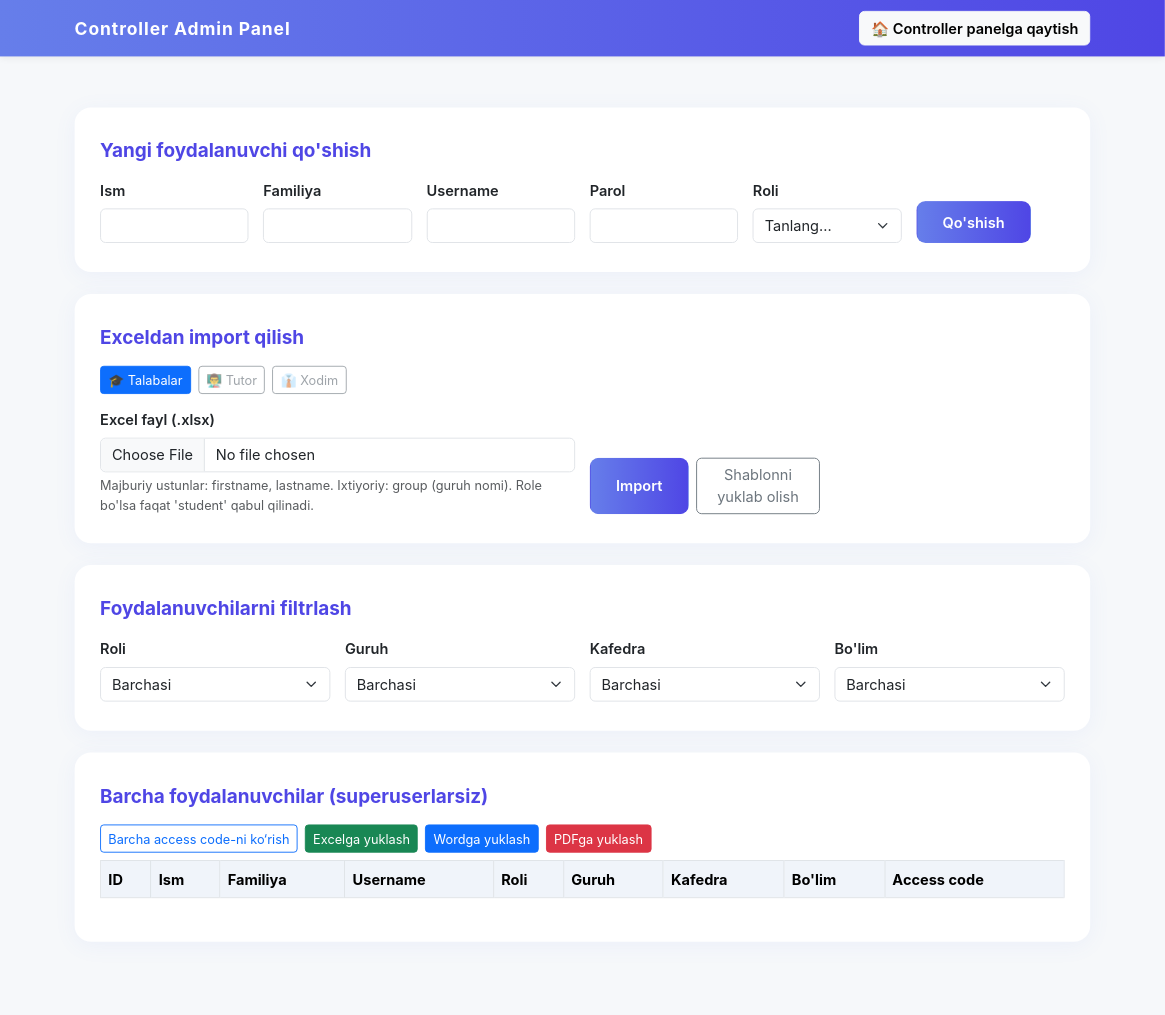
Repository: Shaxobiddin-Github/KatDPI_test
Page: backend/main/templates/controller_panel/add_user.html
These files come from the project's save history. The page is drawn as it stood at one moment and after the next save; the edit follows.
The browser window is 1280 px wide. The pictures show the whole page, at 91% of full size.
The template is drawn by Django 5.2. The application's start-up code is not run. Other server files are loaded and not shown. The template is opened directly, without the code that normally fills it, so the values that code supplies are empty.

Above is the page before, as saved 2025-09-25 15:45:56.

### backend/main/templates/controller_panel/add_user.html
<!DOCTYPE html>
<html lang="uz">
<head>
    <meta charset="UTF-8">
    <title>Foydalanuvchilarni boshqarish</title>
    <meta name="viewport" content="width=device-width, initial-scale=1">
    <link href="https://cdn.jsdelivr.net/npm/bootstrap@5.3.3/dist/css/bootstrap.min.css" rel="stylesheet">
    <style>
        body { background: #f6f8fa; font-family: 'Inter', 'Segoe UI', sans-serif; }
        .user-card { background: #fff; border-radius: 18px; box-shadow: 0 4px 24px rgba(102,126,234,0.07); padding: 32px 28px; margin-bottom: 32px; }
        .user-table th, .user-table td { vertical-align: middle; }
        .user-table th { background: #f0f4fa; }
        .user-table tr:nth-child(even) { background: #f9fafb; }
        .form-label { font-weight: 600; }
        .form-section-title { font-size: 1.3rem; font-weight: 700; color: #4f46e5; margin-bottom: 18px; }
        .btn-add { background: linear-gradient(90deg,#667eea,#4f46e5); color: #fff; font-weight: 600; border-radius: 10px; padding: 10px 28px; }
        .btn-add:hover { background: linear-gradient(90deg,#4f46e5,#667eea); }
    </style>
</head>
<body>
<nav style="position:fixed;top:0;left:0;width:100%;z-index:1000;background:linear-gradient(90deg,#667eea,#4f46e5);box-shadow:0 2px 8px rgba(0,0,0,0.07);padding:12px 0;">
    <div class="container d-flex justify-content-between align-items-center">
        <span style="color:#fff;font-weight:700;font-size:1.2rem;letter-spacing:1px;">Controller Admin Panel</span>
        <a href="/api/controller-panel/dashboard/" class="btn btn-light" style="font-weight:600;">🏠 Controller panelga qaytish</a>
    </div>
</nav>
<div class="container py-5" style="margin-top:70px;">

    <div class="user-card mb-4">
        <div class="form-section-title mb-3">Yangi foydalanuvchi qo'shish</div>
        <form method="post" autocomplete="off">
            {% csrf_token %}
            <div class="row g-3 align-items-end">
                <div class="col-md-2">
                    <label for="first_name" class="form-label">Ism</label>
                    <input type="text" class="form-control" id="first_name" name="first_name" required>
                </div>
                <div class="col-md-2">
                    <label for="last_name" class="form-label">Familiya</label>
                    <input type="text" class="form-control" id="last_name" name="last_name" required>
                </div>
                <div class="col-md-2">
                    <label for="username" class="form-label">Username</label>
                    <input type="text" class="form-control" id="username" name="username" required>
                </div>
                <div class="col-md-2">
                    <label for="password" class="form-label">Parol</label>
                    <input type="text" class="form-control" id="password" name="password" required>
                </div>
                <div class="col-md-2">
                    <label for="role" class="form-label">Roli</label>
                    <select class="form-select" id="role" name="role" required onchange="showRoleFields()">
                        <option value="">Tanlang...</option>
                        {% for value, label in role_choices %}
                            {% if value != 'admin' %}
                            <option value="{{ value }}">{{ label }}</option>
                            {% endif %}
                        {% endfor %}
                    </select>
                </div>
                <div class="col-md-2" id="groupField" style="display:none;">
                    <label for="group" class="form-label">Guruh</label>
                    <select class="form-select" id="group" name="group">
                        <option value="">Tanlang...</option>
                        {% for group in groups %}
                        <option value="{{ group.id }}">{{ group.name }}</option>
                        {% endfor %}
                    </select>
                </div>
                <div class="col-md-2" id="kafedraField" style="display:none;">
                    <label for="kafedra" class="form-label">Kafedra</label>
                    <select class="form-select" id="kafedra" name="kafedra">
                        <option value="">Tanlang...</option>
                        {% for kafedra in kafedralar %}
                        <option value="{{ kafedra.id }}">{{ kafedra.name }}</option>
                        {% endfor %}
                    </select>
                </div>
                <div class="col-md-2" id="bulimField" style="display:none;">
                    <label for="bulim" class="form-label">Bo'lim</label>
                    <select class="form-select" id="bulim" name="bulim">
                        <option value="">Tanlang...</option>
                        {% for bulim in bulimlar %}
                        <option value="{{ bulim.id }}">{{ bulim.name }}</option>
                        {% endfor %}
                    </select>
                </div>
                <div class="col-md-2">
                    <button type="submit" class="btn btn-add">Qo'shish</button>
                </div>
            </div>
        </form>
    </div>

    <div class="user-card mb-4">
        <div class="form-section-title mb-3">Exceldan import qilish</div>
        <div class="d-flex align-items-center gap-2 mb-3">
            <button type="button" class="btn btn-sm btn-primary">🎓 Talabalar</button>
            <button type="button" class="btn btn-sm btn-outline-secondary" disabled title="Tez orada">👨‍🏫 Tutor</button>
            <button type="button" class="btn btn-sm btn-outline-secondary" disabled title="Tez orada">👔 Xodim</button>
        </div>
        <form method="post" enctype="multipart/form-data" class="mt-2">
            {% csrf_token %}
            <input type="hidden" name="import_type" value="student">
            <div class="row g-3 align-items-end">
                <div class="col-md-6">
                    <label for="excel_file" class="form-label">Excel fayl (.xlsx)</label>
                    <input type="file" class="form-control" id="excel_file" name="excel_file" accept=".xlsx" required>
                    <div class="form-text">Majburiy ustunlar: firstname, lastname. Ixtiyoriy: group (guruh nomi). Role bo'lsa faqat 'student' qabul qilinadi.</div>
                </div>
                <div class="col-md-3 d-flex gap-2">
                    <button type="submit" class="btn btn-add">Import</button>
                    <a href="{% url 'download_student_import_template' %}" class="btn btn-outline-secondary">Shablonni yuklab olish</a>
                </div>
            </div>
        </form>

        {% if import_result %}
        <hr>
        <div class="mt-3">
            <div class="alert alert-info">Yaratilgan: {{ import_result.created|default:0 }} ta. Xatoliklar: {{ import_result.errors|length|default:0 }} ta.</div>
            {% if import_result.rows %}
            <div class="table-responsive">
                <table class="table table-bordered table-hover">
                    <thead>
                        <tr>
                            <th>F.I.Sh</th>
                            <th>Username</th>
                            <th>Parol</th>
                            <th>Access code</th>
                            <th>Guruh</th>
                        </tr>
                    </thead>
                    <tbody>
                        {% for r in import_result.rows %}
                        <tr>
                            <td>{{ r.full_name }}</td>
                            <td>{{ r.username }}</td>
                            <td>{{ r.password }}</td>
                            <td>{{ r.access_code }}</td>
                            <td>{{ r.group }}</td>
                        </tr>
                        {% endfor %}
                    </tbody>
                </table>
            </div>
            {% endif %}
            {% if import_result.errors and import_result.errors|length %}
            <div class="alert alert-warning mt-3">
                <div class="fw-bold mb-2">Xatoliklar ro'yxati:</div>
                <ul class="mb-0">
                    {% for e in import_result.errors %}
                    <li>{{ e }}</li>
                    {% endfor %}
                </ul>
            </div>
            {% endif %}
        </div>
        {% endif %}
    </div>
    <div class="user-card mb-4">
        <div class="form-section-title mb-3">Foydalanuvchilarni filtrlash</div>
        <form method="get" id="filterForm">
            <div class="row g-3 align-items-end">
                <div class="col-md-3">
                    <label for="filter_role" class="form-label">Roli</label>
                    <select class="form-select" id="filter_role" name="filter_role" onchange="this.form.submit()">
                        <option value="">Barchasi</option>
                        {% for value, label in role_choices %}
                            {% if value != 'admin' %}
                            <option value="{{ value }}" {% if request.GET.filter_role == value %}selected{% endif %}>{{ label }}</option>
                            {% endif %}
                        {% endfor %}
                    </select>
                </div>
                <div class="col-md-3">
                    <label for="filter_group" class="form-label">Guruh</label>
                    <select class="form-select" id="filter_group" name="filter_group" onchange="this.form.submit()">
                        <option value="">Barchasi</option>
                        {% for group in groups %}
                        <option value="{{ group.id }}" {% if request.GET.filter_group == group.id|stringformat:'s' %}selected{% endif %}>{{ group.name }}</option>
                        {% endfor %}
                    </select>
                </div>
                <div class="col-md-3">
                    <label for="filter_kafedra" class="form-label">Kafedra</label>
                    <select class="form-select" id="filter_kafedra" name="filter_kafedra" onchange="this.form.submit()">
                        <option value="">Barchasi</option>
                        {% for kafedra in kafedralar %}
                        <option value="{{ kafedra.id }}" {% if request.GET.filter_kafedra == kafedra.id|stringformat:'s' %}selected{% endif %}>{{ kafedra.name }}</option>
                        {% endfor %}
                    </select>
                </div>
                <div class="col-md-3">
                    <label for="filter_bulim" class="form-label">Bo'lim</label>
                    <select class="form-select" id="filter_bulim" name="filter_bulim" onchange="this.form.submit()">
                        <option value="">Barchasi</option>
                        {% for bulim in bulimlar %}
                        <option value="{{ bulim.id }}" {% if request.GET.filter_bulim == bulim.id|stringformat:'s' %}selected{% endif %}>{{ bulim.name }}</option>
                        {% endfor %}
                    </select>
                </div>
            </div>
        </form>
    </div>
    <div class="user-card">
        <div class="form-section-title mb-3">Barcha foydalanuvchilar (superuserlarsiz)</div>
        <div class="d-flex align-items-center mb-2 gap-2">
            <button type="button" class="btn btn-outline-primary btn-sm" id="showAllAccessBtn">Barcha access code-ni ko‘rish</button>
            <a href="{% url 'export_users_excel' %}?filter_role={{ request.GET.filter_role }}&filter_group={{ request.GET.filter_group }}&filter_kafedra={{ request.GET.filter_kafedra }}&filter_bulim={{ request.GET.filter_bulim }}" class="btn btn-success btn-sm">Excelga yuklash</a>
            <a href="{% url 'export_users_word' %}?filter_role={{ request.GET.filter_role }}&filter_group={{ request.GET.filter_group }}&filter_kafedra={{ request.GET.filter_kafedra }}&filter_bulim={{ request.GET.filter_bulim }}" class="btn btn-primary btn-sm">Wordga yuklash</a>
            <a href="{% url 'export_users_pdf' %}?filter_role={{ request.GET.filter_role }}&filter_group={{ request.GET.filter_group }}&filter_kafedra={{ request.GET.filter_kafedra }}&filter_bulim={{ request.GET.filter_bulim }}" class="btn btn-danger btn-sm">PDFga yuklash</a>
        </div>
        <div class="table-responsive">
            <table class="table user-table table-bordered table-hover">
                <thead>
                        <tr>
                            <th>ID</th>
                            <th>Ism</th>
                            <th>Familiya</th>
                            <th>Username</th>
                            <th>Roli</th>
                            <th>Guruh</th>
                            <th>Kafedra</th>
                            <th>Bo'lim</th>
                            <th>Access code</th>
                        </tr>
                </thead>
                <tbody>
                    {% for user in users %}
                    <tr>
                        <td>{{ user.id }}</td>
                        <td>{{ user.first_name }}</td>
                        <td>{{ user.last_name }}</td>
                        <td>{{ user.username }}</td>
                        <td>{{ user.get_role_display }}</td>
                        <td>{% if user.group %}{{ user.group.name }}{% endif %}</td>
                        <td>{% if user.kafedra %}{{ user.kafedra.name }}{% endif %}</td>
                        <td>{% if user.bulim %}{{ user.bulim.name }}{% endif %}</td>
                        <td>
                            <button type="button" class="btn btn-sm btn-outline-secondary show-access-btn" data-access="{{ user.access_code }}">Access code-ni ko‘rish</button>
                            <span class="access-code-value d-none ms-2">{{ user.access_code }}</span>
                        </td>
                    </tr>
                    {% endfor %}
                </tbody>
            </table>
        </div>
    </div>
</div>
<script>
// Barcha access code-ni ko‘rish uchun parol so‘rash va har bir user uchun alohida ko‘rish
document.addEventListener('DOMContentLoaded', function() {
    var showAllBtn = document.getElementById('showAllAccessBtn');
    if (showAllBtn) {
        showAllBtn.addEventListener('click', function() {
            var parol = prompt("Barcha access code-ni ko‘rish uchun parolni kiriting:");
            if (parol === '96970204') {
                document.querySelectorAll('.access-code-value').forEach(function(el) {
                    el.classList.remove('d-none');
                });
                showAllBtn.classList.remove('btn-outline-primary');
                showAllBtn.classList.add('btn-success');
                showAllBtn.textContent = 'Access code-lar ko‘rinmoqda';
            } else if (parol !== null) {
                alert('Parol noto‘g‘ri!');
            }
        });
    }

    // Export tugmalar uchun parol logikasi
    function exportWithPassword(selector, failMsg) {
        document.querySelectorAll(selector).forEach(function(btn) {
            btn.addEventListener('click', function(e) {
                var parol = prompt("Yuklab olish uchun parolni kiriting:");
                if (parol !== '96970204') {
                    e.preventDefault();
                    if (parol !== null) alert(failMsg);
                }
            });
        });
    }
    exportWithPassword('a.btn-success', 'Excel yuklash uchun parol noto‘g‘ri!');
    exportWithPassword('a.btn-primary', 'Word yuklash uchun parol noto‘g‘ri!');
    exportWithPassword('a.btn-danger', 'PDF yuklash uchun parol noto‘g‘ri!');
    document.querySelectorAll('.show-access-btn').forEach(function(btn) {
        btn.addEventListener('click', function() {
            var parol = prompt("Access code-ni ko‘rish uchun parolni kiriting:");
            if (parol === '96970204') {
                btn.nextElementSibling.classList.remove('d-none');
                btn.remove();
            } else if (parol !== null) {
                alert('Parol noto‘g‘ri!');
            }
        });
    });
    // Sahifa yuklanganda ham role maydoniga qarab mos fieldlarni ko‘rsatish
    showRoleFields();
});
function showRoleFields() {
    var role = document.getElementById('role').value;
    document.getElementById('groupField').style.display = (role === 'student') ? '' : 'none';
    document.getElementById('kafedraField').style.display = (role === 'tutor') ? '' : 'none';
    document.getElementById('bulimField').style.display = (role === 'employee') ? '' : 'none';
}
</script>
</body>
</html>

After the next save:
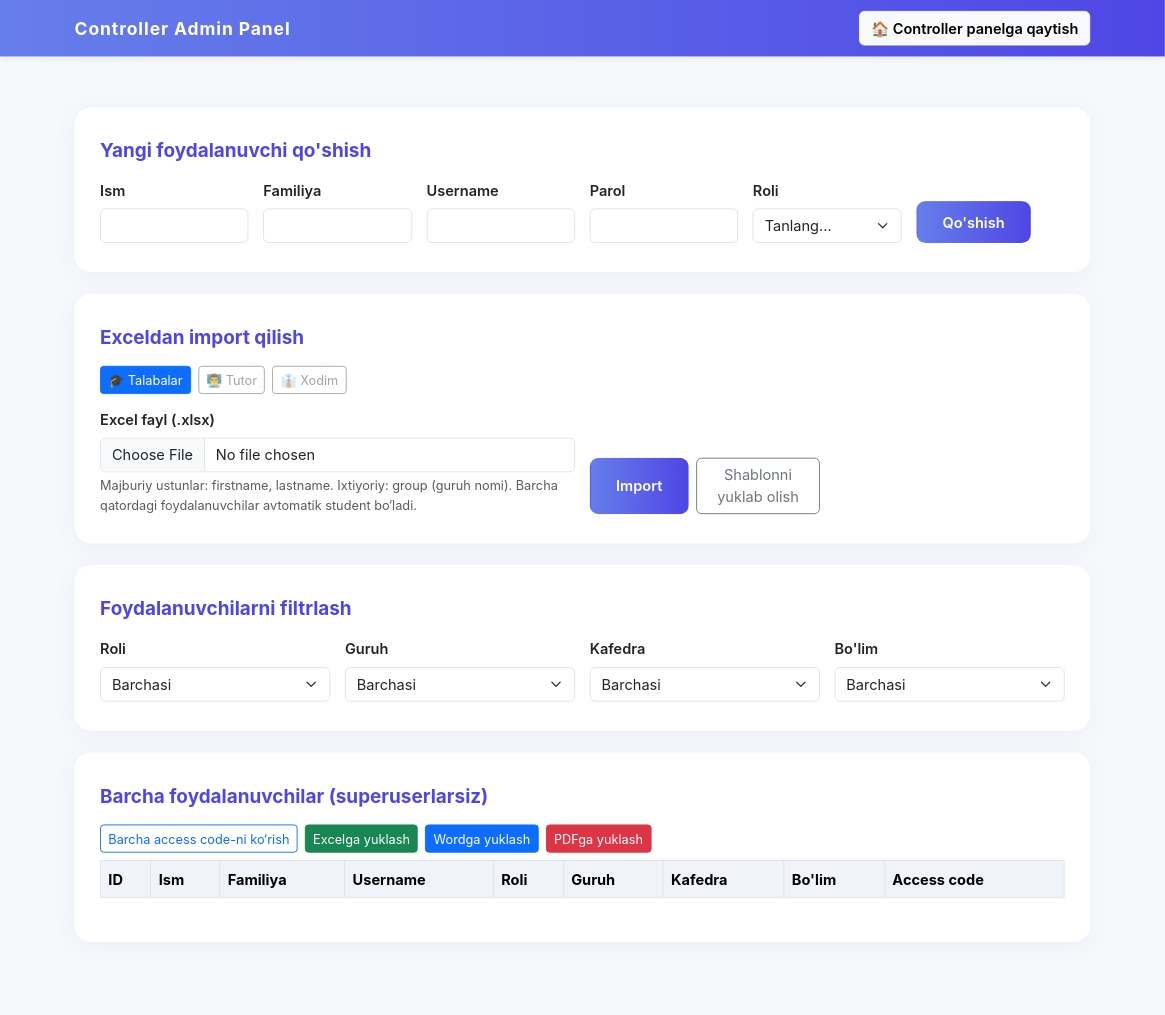
Saved 8 s later.
--- a/backend/main/templates/controller_panel/add_user.html
+++ b/backend/main/templates/controller_panel/add_user.html
@@ -106,7 +106,7 @@
                 <div class="col-md-6">
                     <label for="excel_file" class="form-label">Excel fayl (.xlsx)</label>
                     <input type="file" class="form-control" id="excel_file" name="excel_file" accept=".xlsx" required>
-                    <div class="form-text">Majburiy ustunlar: firstname, lastname. Ixtiyoriy: group (guruh nomi). Role bo'lsa faqat 'student' qabul qilinadi.</div>
+                    <div class="form-text">Majburiy ustunlar: firstname, lastname. Ixtiyoriy: group (guruh nomi). Barcha qatordagi foydalanuvchilar avtomatik student bo‘ladi.</div>
                 </div>
                 <div class="col-md-3 d-flex gap-2">
                     <button type="submit" class="btn btn-add">Import</button>
